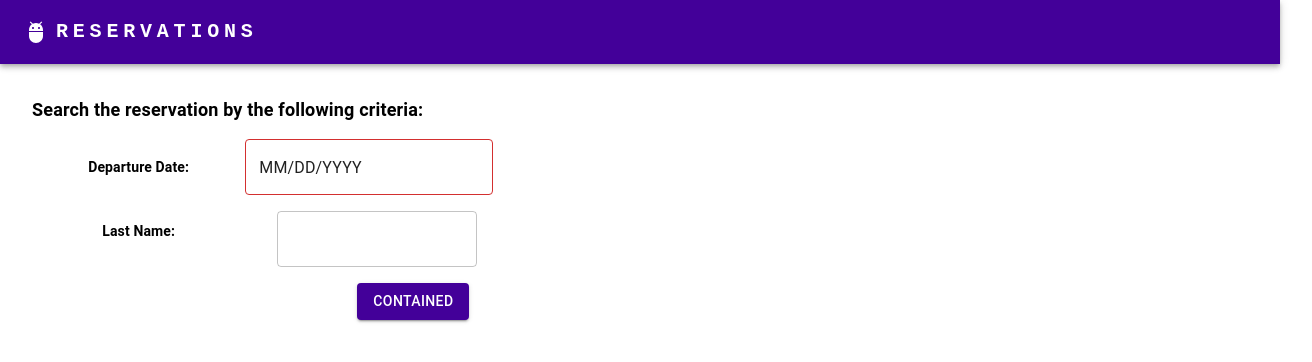
Repository: jbpadilha/reservationAWSRXJS
Page: /search
An editor plug-in stored every save of this project. The page is shown before and after the next save, followed by the edit.
The browser window is 1280 px wide. The page is 1312 px wide, so the pictures cover 1312 px, including what lies to the right of the window. The pictures show the whole page.
The project was rebuilt for these pictures with package versions that can differ from the ones it lists, and the page was loaded fresh each time. Also part of the build but not shown: src/App.css.

Above is the page before, as saved 2023-07-11 20:49:39.

After the next save:
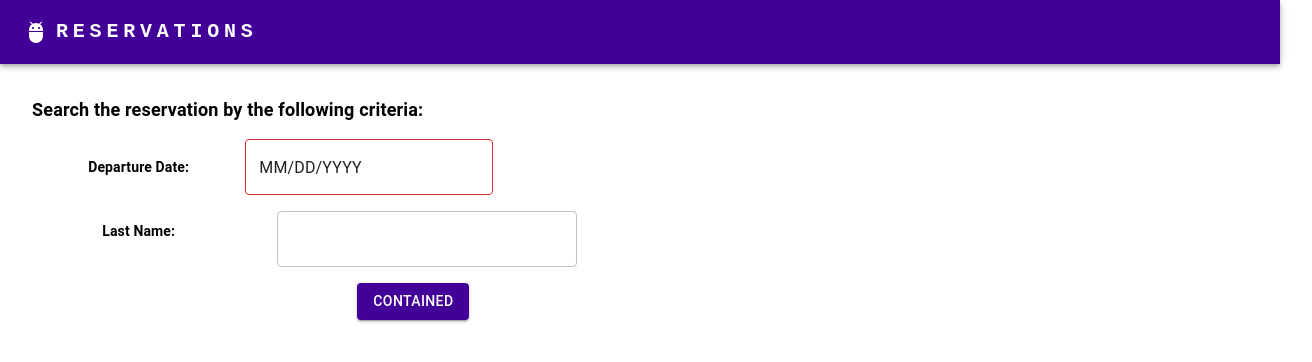
Saved 4 s later.
--- a/src/components/SearchReservations.tsx
+++ b/src/components/SearchReservations.tsx
@@ -50,7 +50,7 @@ const SearchReservations = () => {
                 onChange={(event: React.ChangeEvent<HTMLInputElement>) => {
                   setLasName(event.target.value);
                 }}
-                sx={{ width: 200 }}
+                sx={{ width: 300 }}
               />
             </Grid>
           </Grid>
